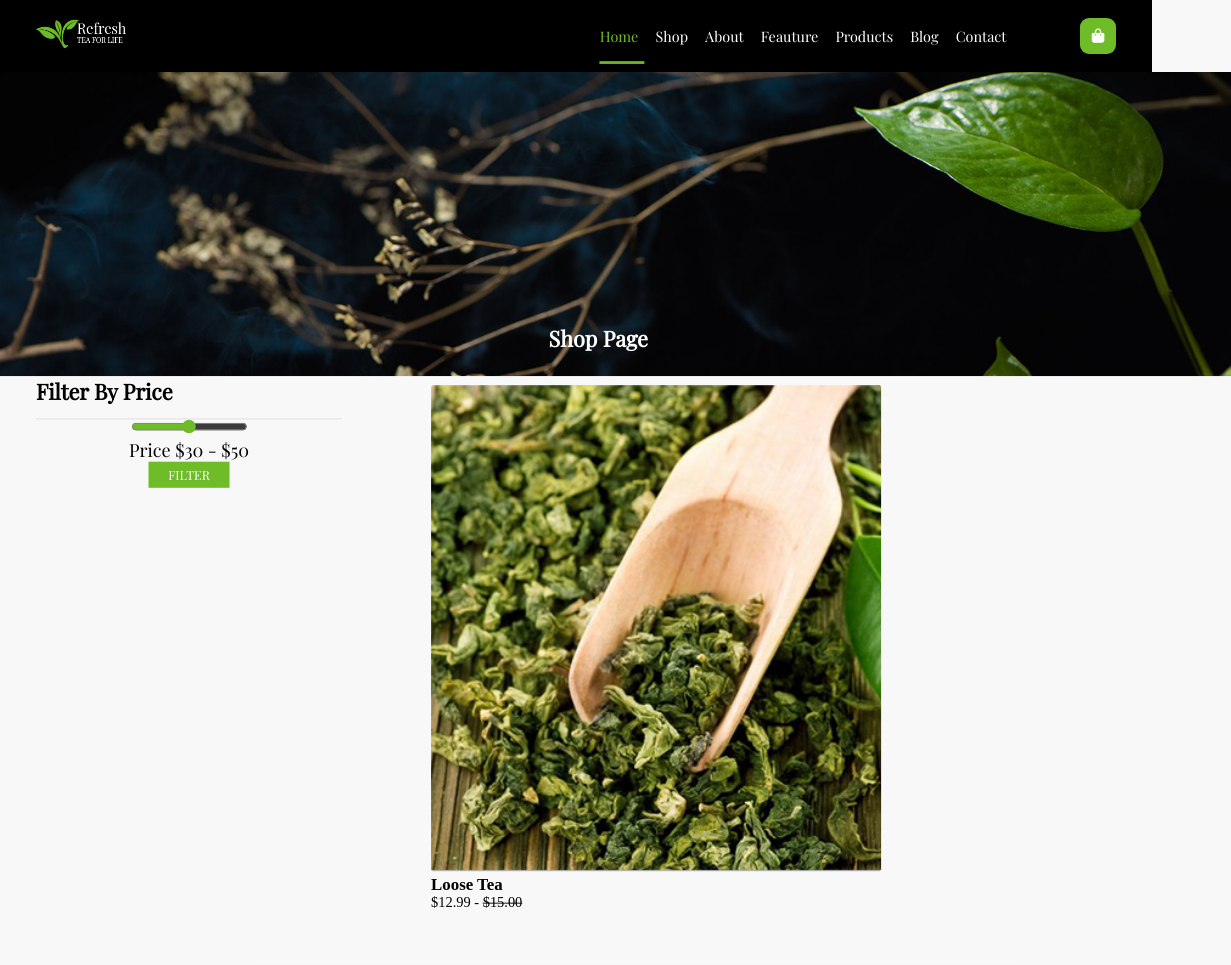
Repository: 52hzwhaleblue/school_teashop
Page: shop.html
These files come from the project's save history. The page is drawn as it stood at one moment and after the next save; the edit follows.
The browser window is 1280 px wide. The page is 1368 px wide, so the pictures cover 1368 px, including what lies to the right of the window. The pictures show the whole page, at 90% of full size.
Some web libraries are served in a nearby version.

Above is the page before, as saved 2022-04-27 21:31:27.

After the next save:
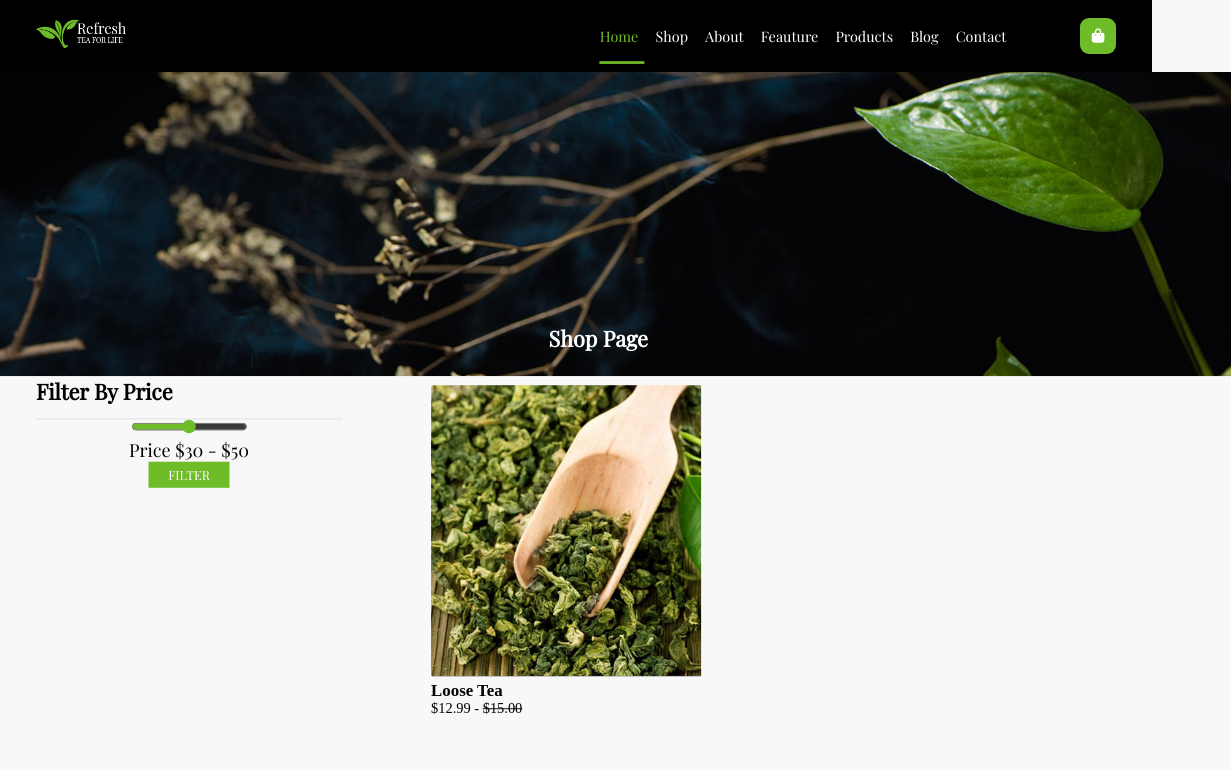
Saved 6 s later.
--- a/style.css
+++ b/style.css
@@ -705,5 +705,5 @@ body {
     margin-bottom: 50px;
 }
 .col-1 img{
-    width: 500px
-}
+    width: 300px
+}
